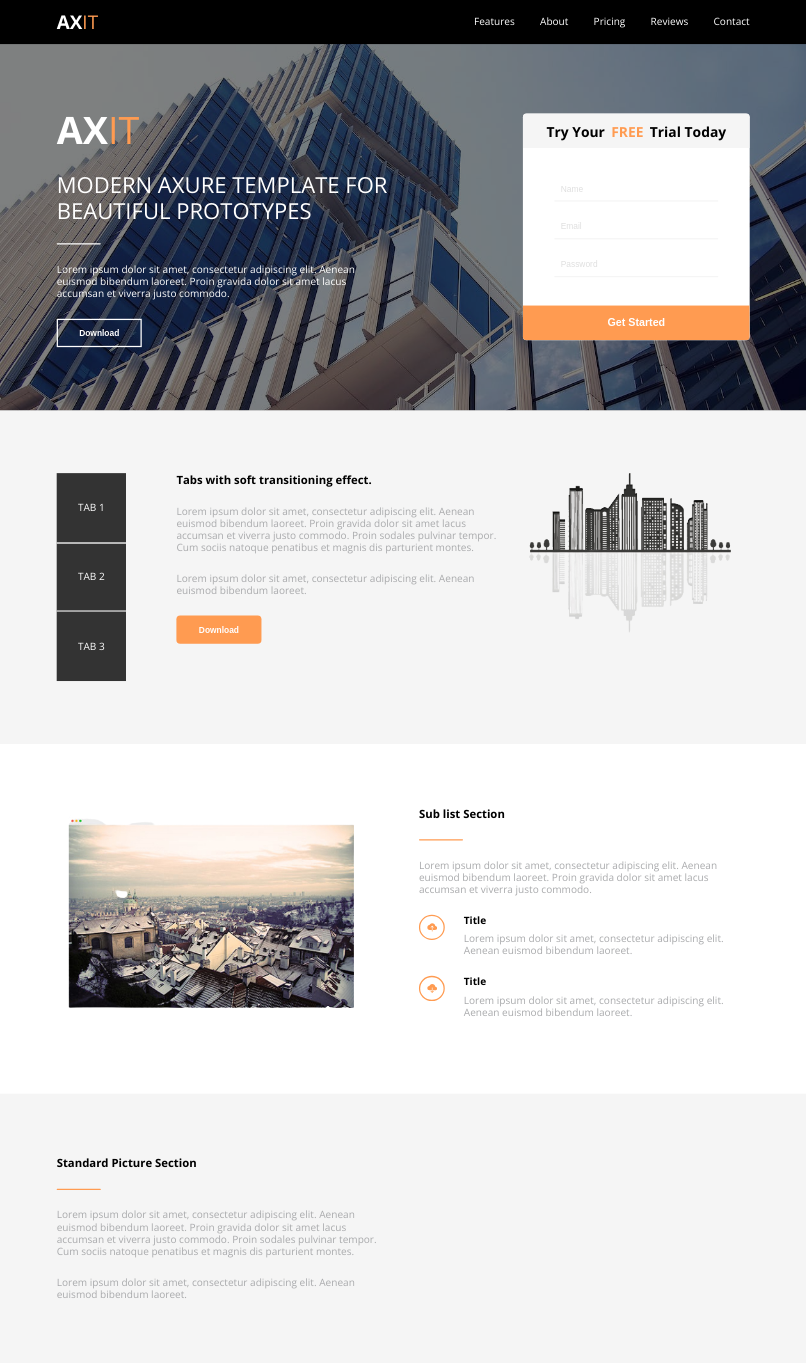
Repository: dinhtri123/axureThems
Page: index.html
An editor plug-in stored every save of this project. The page is shown before and after a run of saves, followed by the edit.
The browser window is 1280 px wide. The pictures show the whole page, at 63% of full size.

Above is the page before, as saved 2023-02-11 16:20:01.

After the next 2 saves:
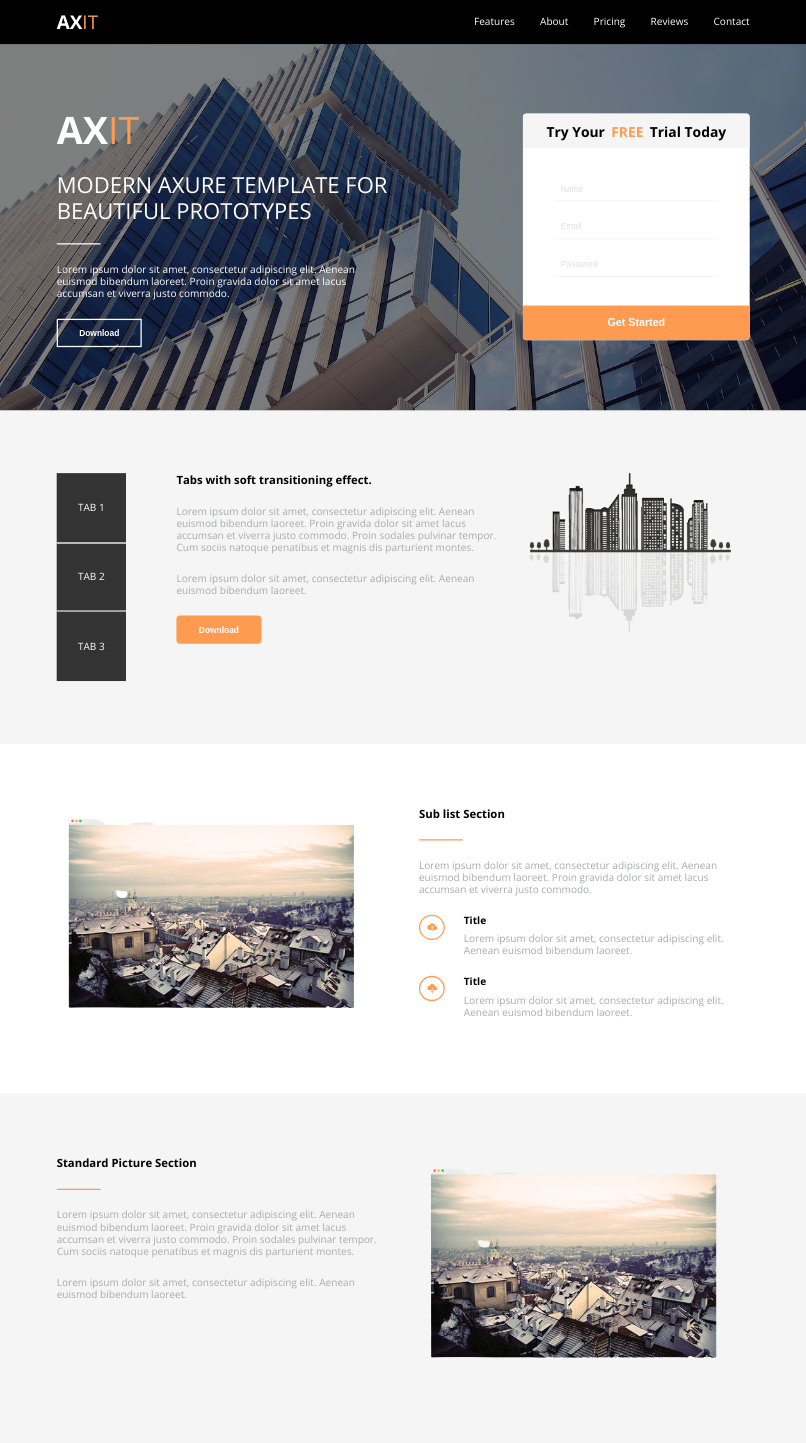
The 2 saves are shown as one change because they came seconds apart.
The last was saved 16 s later.
--- a/index.html
+++ b/index.html
@@ -156,6 +156,9 @@
               euismod bibendum laoreet.
             </p>
           </div>
+          <div class="sectionRight">
+            <img src="./image/img2.png" alt="" />
+          </div>
         </div>
       </div>
     </main>

After the save that followed:
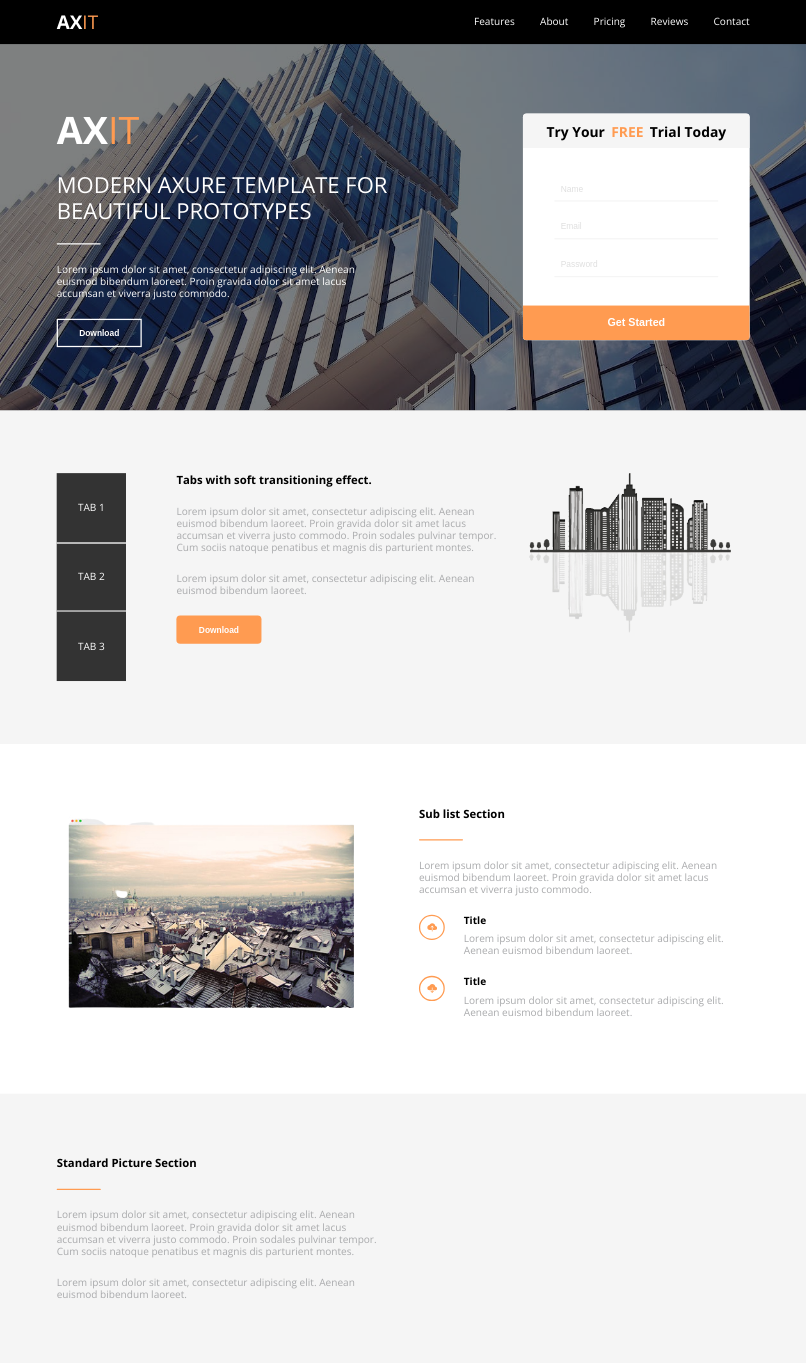
Not found: image/img4.png
Saved 9 s later.
--- a/index.html
+++ b/index.html
@@ -157,7 +157,7 @@
             </p>
           </div>
           <div class="sectionRight">
-            <img src="./image/img2.png" alt="" />
+            <img src="./image/img4.png" alt="" />
           </div>
         </div>
       </div>
